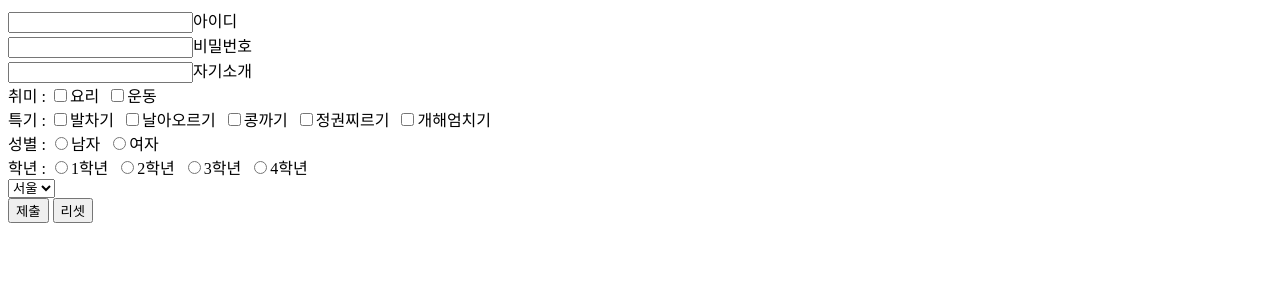
Repository: hanbeen03/javabasic
Page: http://localhost/JSPBasic/01-request/req_param_send.jsp
The author's editor kept a copy of each file at every save. The page is drawn from the files as they stood at one save, then again after the next save.
The browser window is 1280 px wide. The pictures show the whole page.
The page is served by Tomcat 9.

Above is the page before, as saved 2021-07-30 06:28:09.

### JSPBasic/WebContent/01-request/req_param_send.jsp
<%@ page language="java" contentType="text/html; charset=UTF-8"
    pageEncoding="UTF-8"%>
<!DOCTYPE html>
<html>
<head>
<meta charset="UTF-8">
<title>객체에 파라미터 전달 예제</title>
</head>
<body>
	<!-- form 태그의 action은 데이터가 전달될 목적지입니다..
	현재, req_param_getpost로 날릴 예정입니다. -->
	<!-- 가장 기본이 되는 input태그 -->
	<form action="req_param_getpost.jsp" method="get">
		<input type="text" name="id"/>아이디<br>
		<input type="password" name="pw"/>비밀번호<br>
		<input type="text" name="intro" />자기소개<br>


		<!-- 체크박스 -->
		취미 :
		<input type="checkbox" name="hobby" value="요리">요리&nbsp;
		<input type="checkbox" name="hobby" value="운동">운동&nbsp;
		<br>
		특기 :
		<input type="checkbox" name="activity" value="발차기"/>발차기&nbsp;
		<input type="checkbox" name="activity" value="날아오르기"/>날아오르기&nbsp;
		<input type="checkbox" name="activity" value="콩까기"/>콩까기&nbsp;
		<input type="checkbox" name="activity" value="정권찌르기"/>정권찌르기&nbsp;
		<input type="checkbox" name="activity" value="개해엄치기"/>개해엄치기
		<br>
		<!-- 성별은 하나만 골라야 하므로 radio를 사용합니다. -->
		성별 :
		<input type="radio" name="gender" value="남자" />남자&nbsp;
		<input type="radio" name="gender" value="여자" />여자&nbsp;
		<br/>

		학년 :
		<input type="radio" name="grade" value="1학년" />1학년&nbsp;
		<input type="radio" name="grade" value="2학년" />2학년&nbsp;
		<input type="radio" name="grade" value="3학년" />3학년&nbsp;
		<input type="radio" name="grade" value="4학년" />4학년&nbsp;
		<br/>

		<!-- select태그는 선택지를 드롭박스로 줍니다. -->
		<select name="region">
			<option>서울</option>
			<option>경기</option>
			<option>충청</option>
			<option>전라</option>
			<option>경상</option>
			<option>강원</option>
			<option>제주</option>
		</select>
		<br/>

		<input type="submit" value="제출"/>
		<input type="reset" value="리셋"/>


	</form>
</body>
</html>

After the next save:
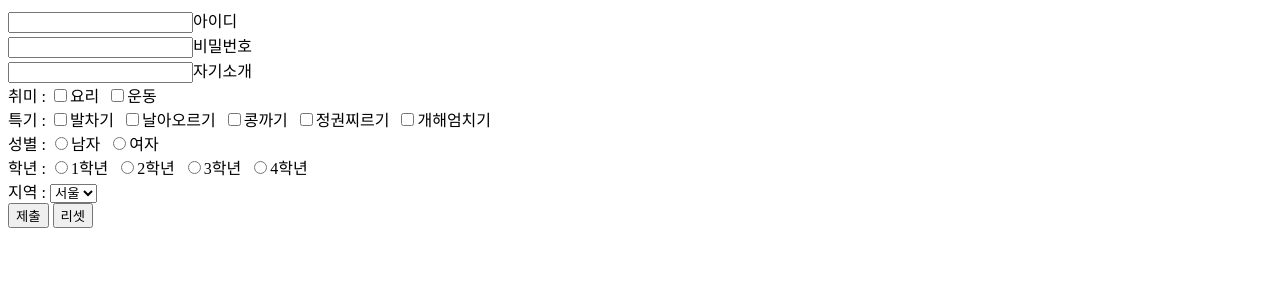
Saved 7 s later.
--- a/JSPBasic/WebContent/01-request/req_param_send.jsp
+++ b/JSPBasic/WebContent/01-request/req_param_send.jsp
@@ -42,6 +42,7 @@
 		<br/>
 
 		<!-- select태그는 선택지를 드롭박스로 줍니다. -->
+		지역 :
 		<select name="region">
 			<option>서울</option>
 			<option>경기</option>
